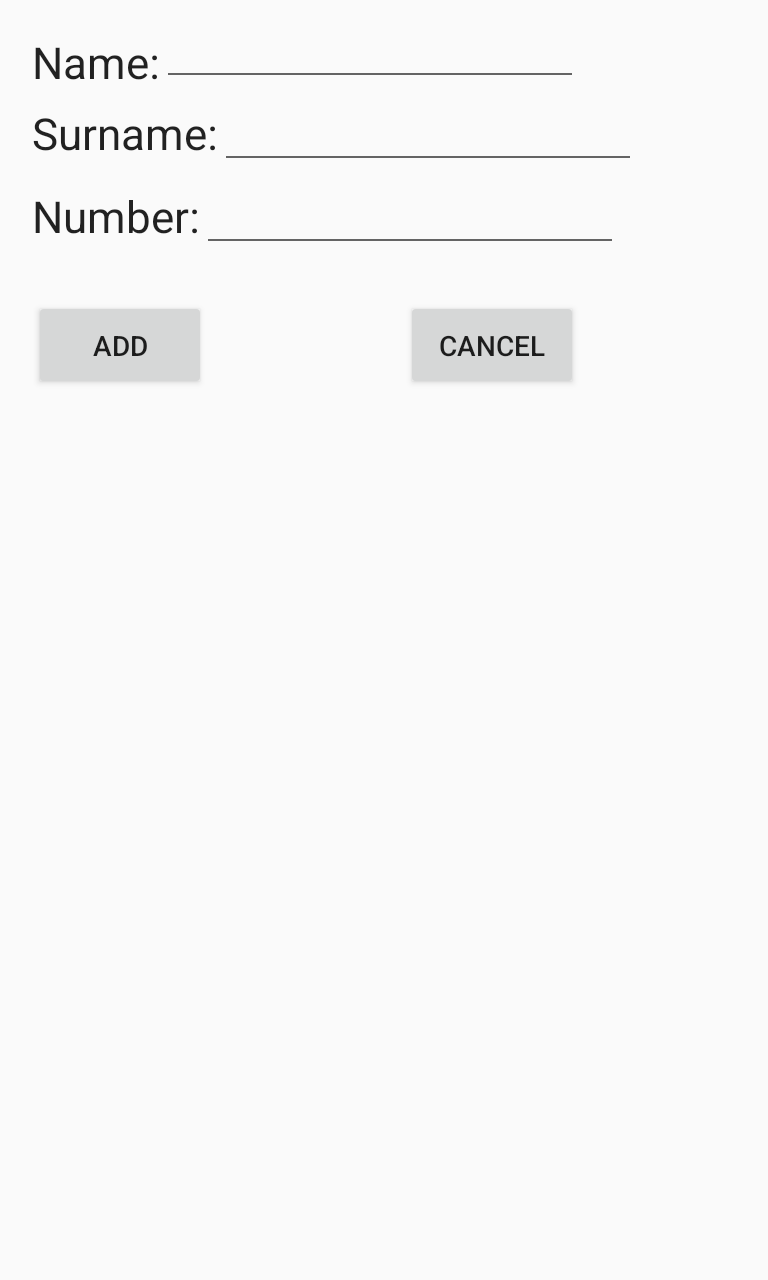
Repository: iliyankg/Iliyan-Georgiev-SID--5037470-A202SGI-Android-Development-Skills-Submission-2014-2015
Layout: PhoneBook/PhoneBook/res/layout/activity_add_contact.xml
An editor plug-in stored every save of this project. The layout is shown before and after the next save, followed by the edit.
It is drawn on a 768 x 1280 px phone screen (xhdpi) without system bars, with theme AppTheme; the app's code is not run.

Above is the layout before, as saved 2014-12-09 04:18:39.

After the next save:
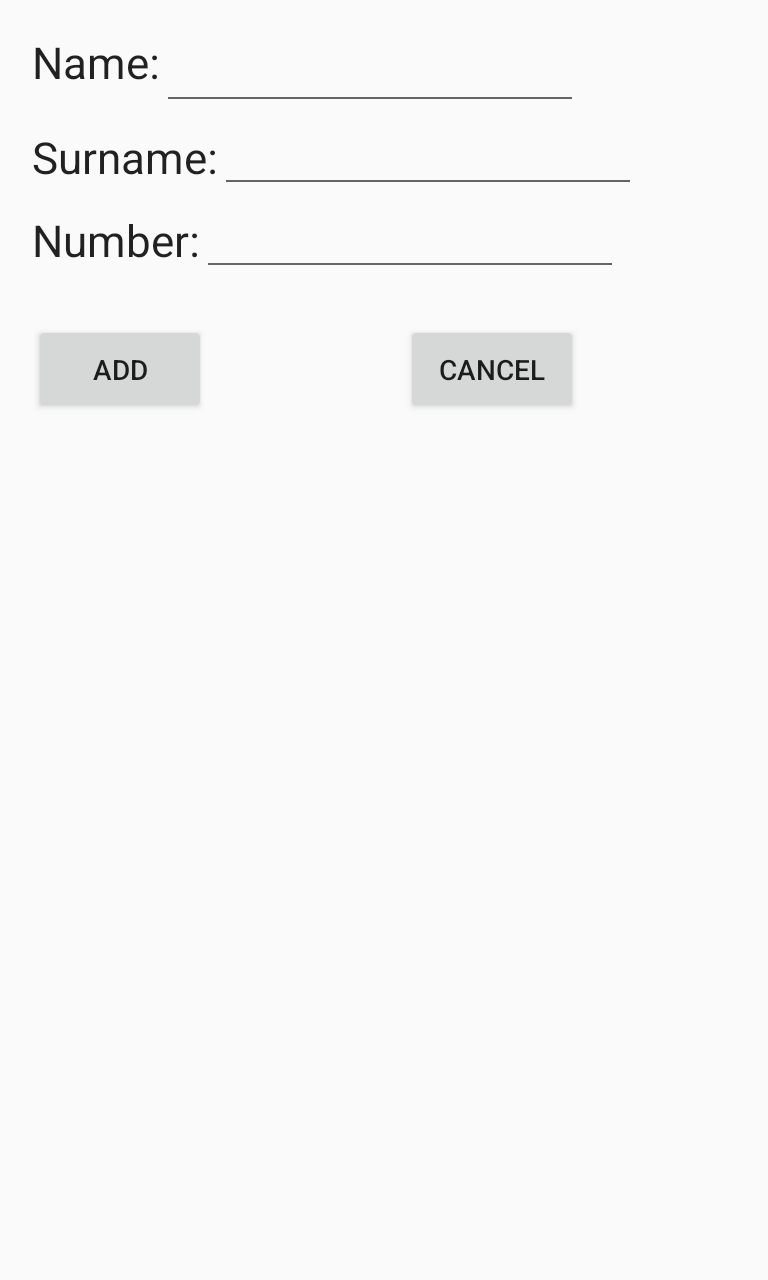
Saved 3 h 45 min later.
--- a/PhoneBook/PhoneBook/res/layout/activity_add_contact.xml
+++ b/PhoneBook/PhoneBook/res/layout/activity_add_contact.xml
@@ -49,8 +49,7 @@
         android:id="@+id/name_add"
         android:layout_width="wrap_content"
         android:layout_height="wrap_content"
-        android:layout_alignBottom="@+id/surname_label"
-        android:layout_alignTop="@+id/surname_label"
+
         android:layout_toRightOf="@+id/surname_label"
         android:ems="10"
         android:inputType="textPersonName" />
